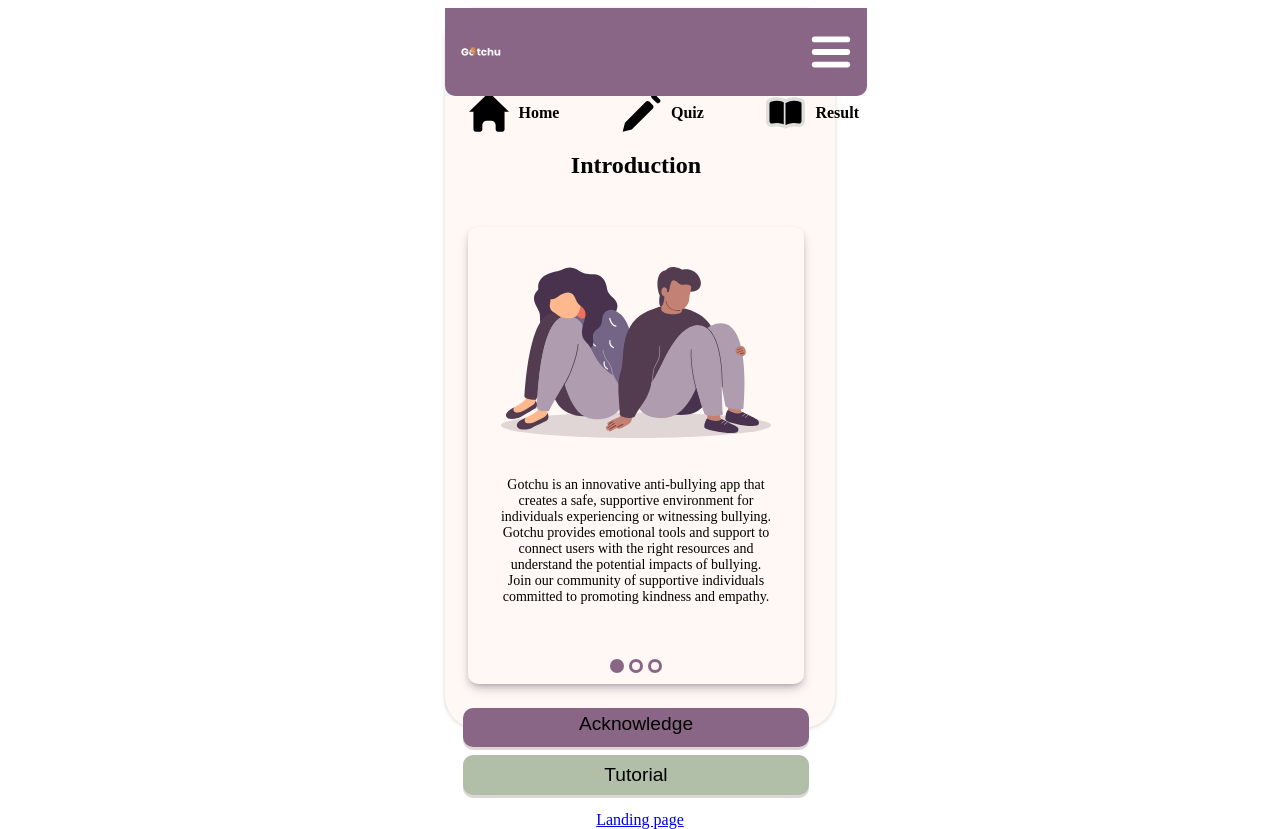
Repository: Haydenleung/Webapp-Gotchu
Page: /introduction, after clicking the first element matching `img.Navbar_3b2a7_hamburger`
An editor plug-in stored every save of this project. The page is shown before and after the next save, followed by the edit.
The browser window is 1280 px wide. The pictures show the whole page.
The project was rebuilt for these pictures with package versions that can differ from the ones it lists, and the page was loaded fresh each time. The framework's server and built-in components were replaced by stand-ins that run in the browser. Also part of the build but not shown: next.config.js, components/Button/Button.module.css, components/Button/index.js.

Above is the page before, as saved 2023-03-23 09:09:44.

After the next save:
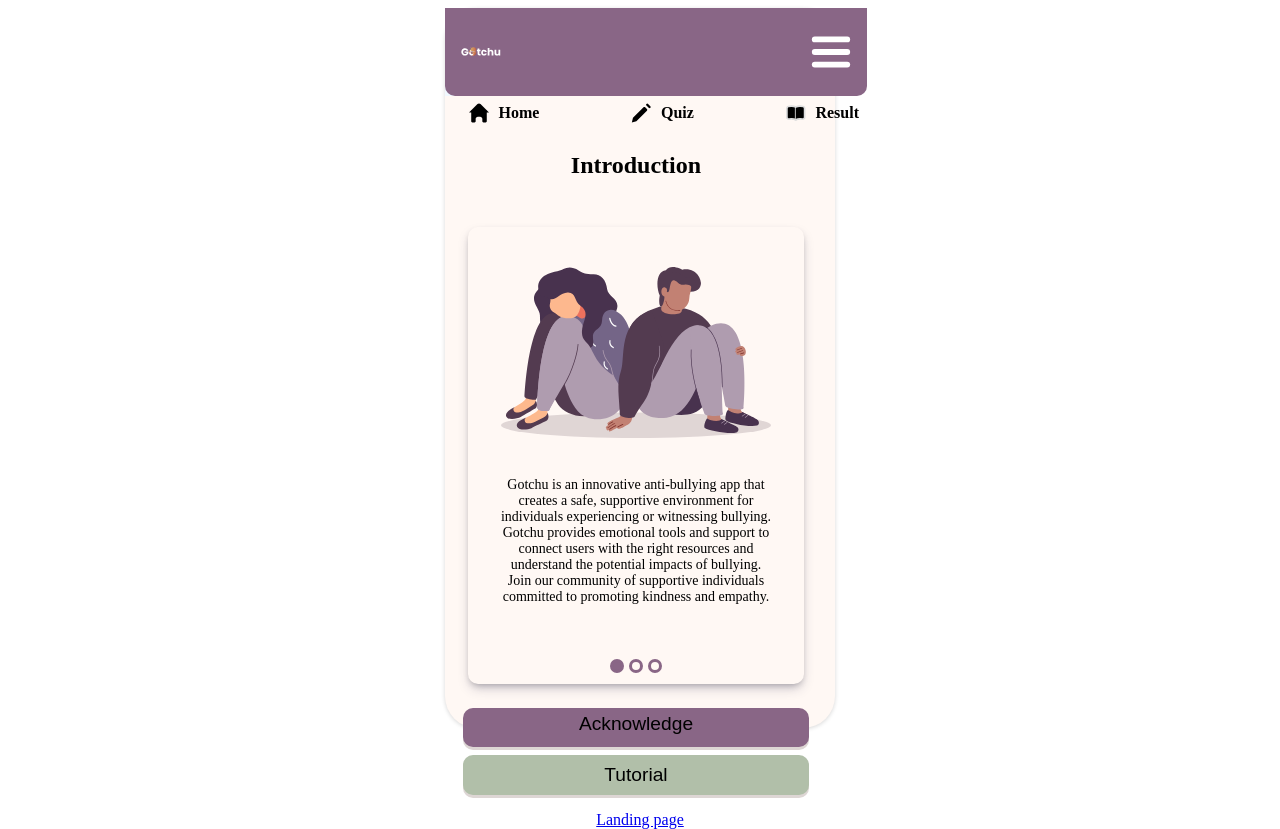
Saved 15 s later.
--- a/components/Navbar/index.js
+++ b/components/Navbar/index.js
@@ -23,15 +23,15 @@ export default function Navbar() {
         popup === true ?
           <div className={styles.extendbar}>
             <div className={styles.extendtab}>
-              <Image src={'/icons/home.svg'} className={styles.hamburger} width={40} height={40} />
+              <Image src={'/icons/home.svg'} className={styles.hamburger} width={20} height={20} />
               <h4>Home</h4>
             </div>
             <div className={styles.extendtab}>
-              <Image src={'/icons/quiz.svg'} className={styles.hamburger} width={40} height={40} />
+              <Image src={'/icons/quiz.svg'} className={styles.hamburger} width={20} height={20} />
               <h4>Quiz</h4>
             </div>
             <div className={styles.extendtab}>
-              <Image src={'/icons/result.svg'} className={styles.hamburger} width={40} height={40} />
+              <Image src={'/icons/result.svg'} className={styles.hamburger} width={20} height={20} />
               <h4>Result</h4>
             </div>
           </div>
